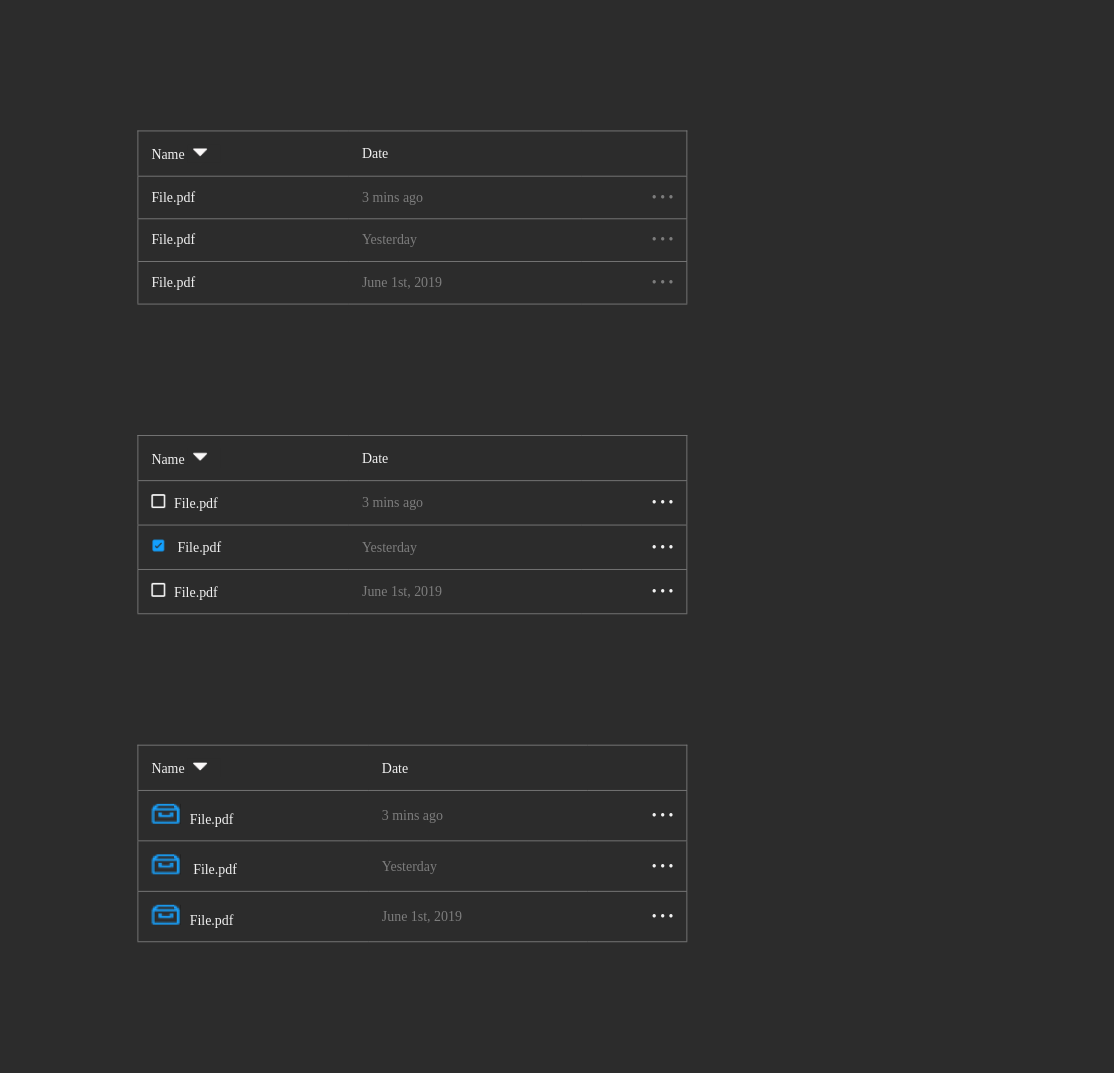
Repository: batonAnton/Hw5-table
Page: index.html
The author's editor kept a copy of each file at every save. The page is drawn from the files as they stood at one save, then again after the next save.
The browser window is 1280 px wide. The pictures show the whole page, at 87% of full size.

Above is the page before, as saved 2022-06-14 11:32:22.

After the next save:
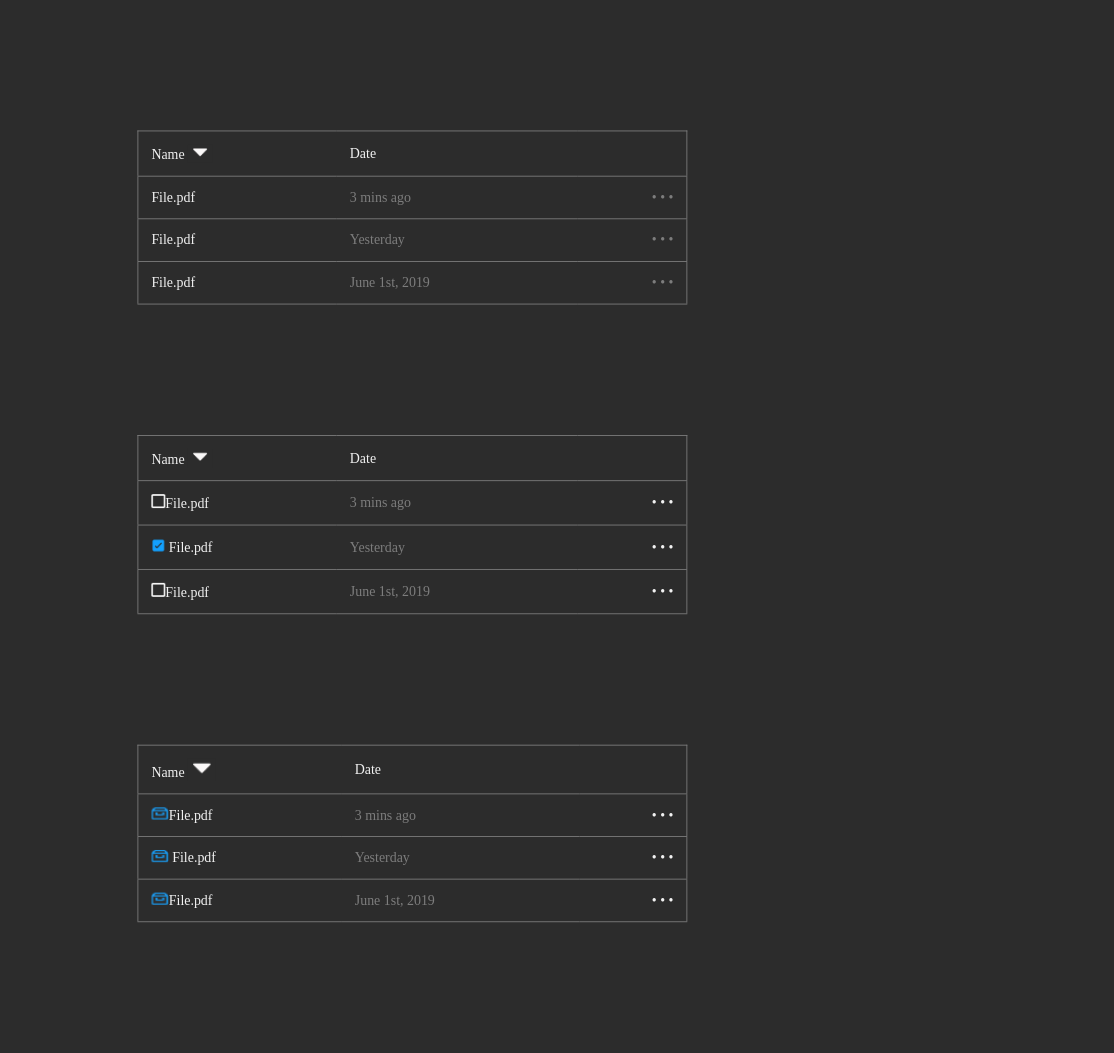
Saved 9 s later.
--- a/css/style.css
+++ b/css/style.css
@@ -33,6 +33,10 @@ button {
   color: rgb(242, 242, 242);
 }
 
-table img {
+.table img {
   margin-right: 10px;
 }
+
+.table3 img {
+  width: 20px;
+}
